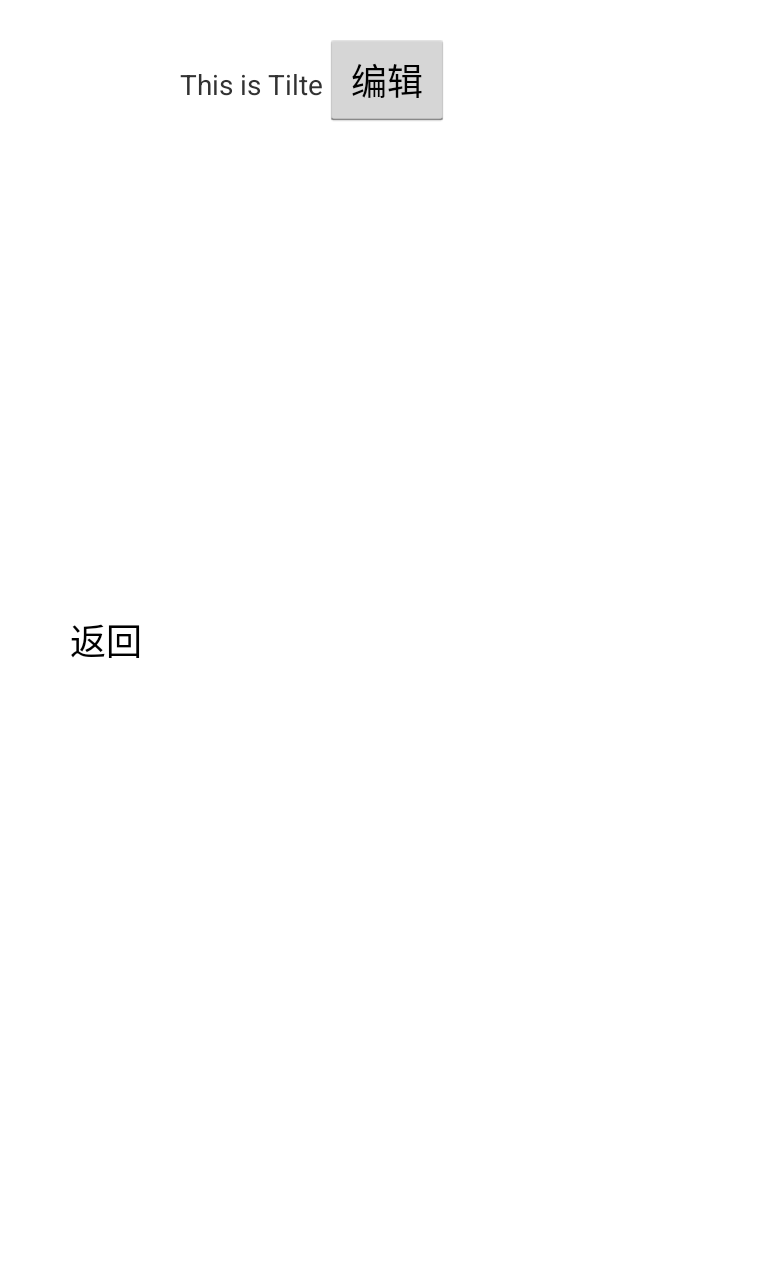
Repository: jinpp/Android
Layout: UICustomViews/res/layout/activity_main.xml
An editor plug-in stored every save of this project. The layout is shown before and after the next save, followed by the edit.
It is drawn on a 768 x 1280 px phone screen (xhdpi) without system bars, with theme AppTheme; the app's code is not run.

Above is the layout before, as saved 2016-11-17 02:32:39.

### UICustomViews/res/layout/activity_main.xml
<LinearLayout xmlns:android="http://schemas.android.com/apk/res/android"
    xmlns:tools="http://schemas.android.com/tools"
    android:layout_width="match_parent"
    android:layout_height="match_parent"
    android:paddingBottom="@dimen/activity_vertical_margin"
    android:paddingLeft="@dimen/activity_horizontal_margin"
    android:paddingRight="@dimen/activity_horizontal_margin"
    android:paddingTop="@dimen/activity_vertical_margin"
    tools:context=".MainActivity" >

    <Button
        android:id="@+id/rbutton"
        android:layout_width="wrap_content"
        android:layout_height="wrap_content"
        android:layout_gravity="center"
        android:layout_margin="5dip"
        android:background="#fff"
        android:text="返回" />

    <TextView
        android:id="@+id/textview"
        android:layout_width="wrap_content"
        android:layout_height="wrap_content"
        android:text="This is Tilte" />

    <Button
        android:id="@+id/ebutton"
        android:layout_width="wrap_content"
        android:layout_height="wrap_content"
        android:text="编辑" />

</LinearLayout>

Loaded but not shown: UICustomViews/res/values/styles.xml (common file); UICustomViews/res/values-v11/styles.xml (common file); UICustomViews/res/values-v14/styles.xml (common file); UICustomViews/res/values/dimens.xml (common file)

After the next save:
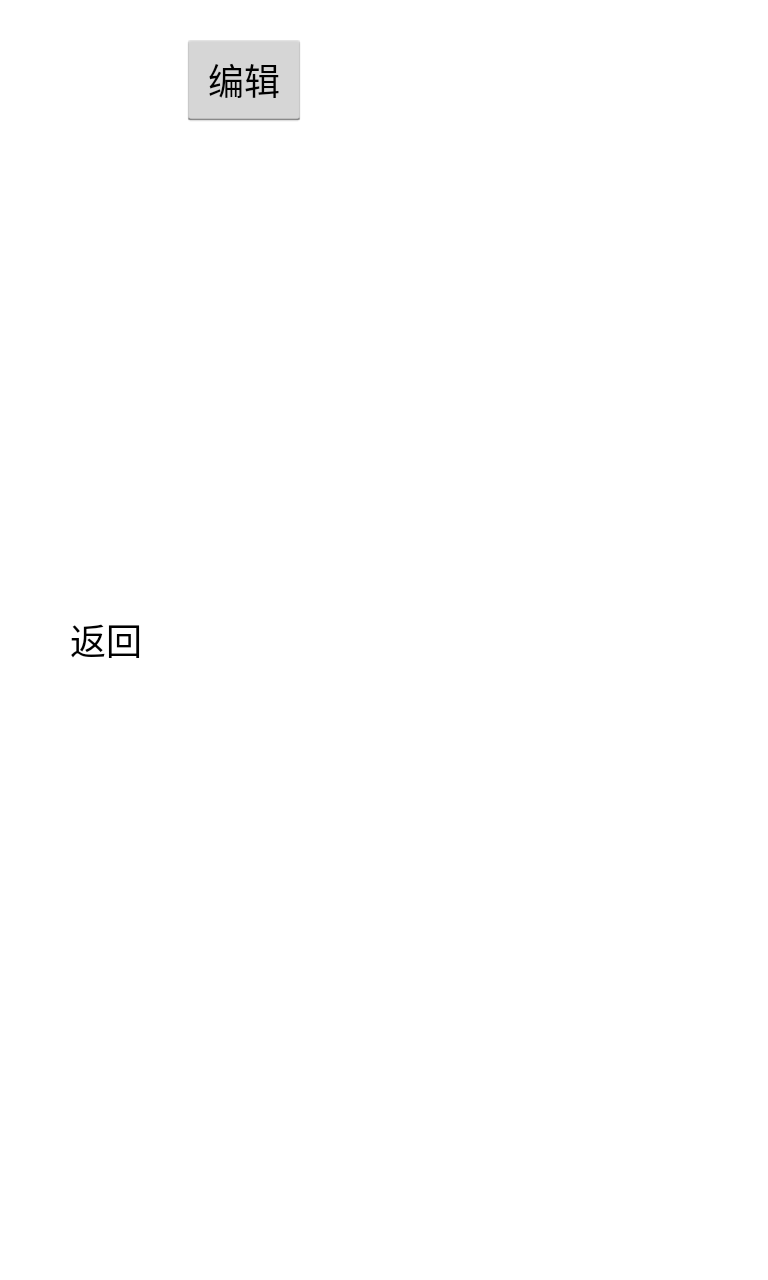
Saved 20 s later.
--- a/UICustomViews/res/layout/activity_main.xml
+++ b/UICustomViews/res/layout/activity_main.xml
@@ -19,7 +19,7 @@
 
     <TextView
         android:id="@+id/textview"
-        android:layout_width="wrap_content"
+        android:layout_width="0dip"
         android:layout_height="wrap_content"
         android:text="This is Tilte" />
 
